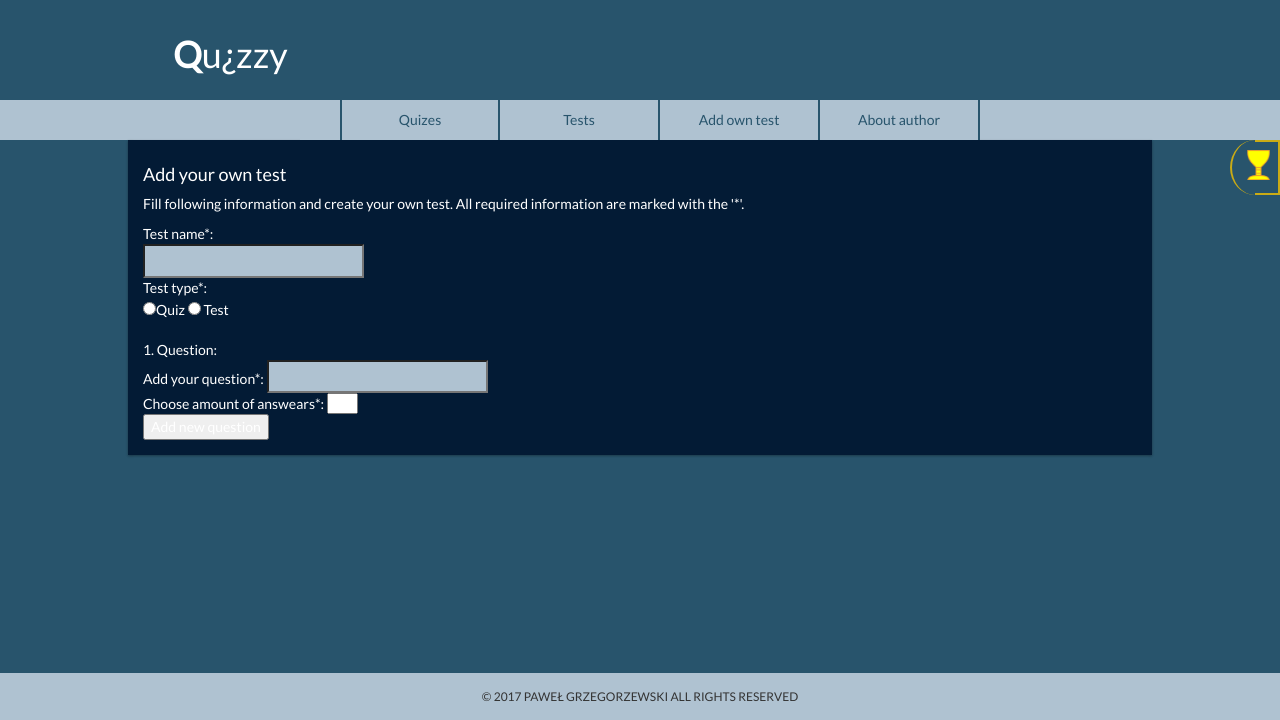
Repository: pgrzegorzewski/quiz
Page: http://localhost/app/add_test.php
The author's editor kept a copy of each file at every save. The page is drawn from the files as they stood at one save, then again after the next save.
The browser window is 1280 px wide. The pictures show the whole page.
Some web libraries are served in a nearby version. The page is run by PHP 8.4 with error messages shown; the project is at /var/www/html/.

Above is the page before, as saved 2017-09-17 17:04:29.

### htdocs/app/learningapp/app/add_test.php
<!DOCTYPE html>
<html>
<head>
	<meta name="viewport" content="width=device-width, initial-scale=1.0">
	<meta http-equiv="content-type" content="text/html; charset=utf-8">
	<meta charset="utf-8">
	<link rel="stylesheet" href="https://maxcdn.bootstrapcdn.com/bootstrap/3.3.7/css/bootstrap.min.css">
	<script src="https://ajax.googleapis.com/ajax/libs/jquery/3.1.1/jquery.min.js"></script>
	<script src="https://maxcdn.bootstrapcdn.com/bootstrap/3.3.7/js/bootstrap.min.js"></script>
	<link href="https://fonts.googleapis.com/css?family=Lato" rel="stylesheet">
	<link rel="StyleSheet" href="../css/index.css" />
	<link rel="StyleSheet" href="../css/question.css" />
	<link rel="StyleSheet" href="../css/add_test.css" />
	<link rel="StyleSheet" href="../css/side_menu_leaderboard.css" />
	<script type="text/javascript" src="../js/question.js"></script>
	<script type="text/javascript" src="../js/add_test.js"></script>
	<script type="text/javascript" src="../js/side_menu_leaderboard.js"></script>
</head>

<body>

<div class="container-fluid">

	<div class= "sidemenu_2">

	</div>
	<div class= "sidemenu">
		<p style="cursor:pointer"><img src = "../resources/img/trophy.png" height = "50px" onmouseover="openLeaderboard()"/></p> <!-- &#9776; -->
	</div>
	<div id = 'leaderboard' class = 'leaderboard' onmouseleave = "closeLeaderboard()" >
		<a href = "javascript:void(0)" class = "closebtn" onclick = "closeLeaderboard()">&times;</a>
		test 1000pts;
	</div>


	<header class ="header">
		<h1 id="title"><a href ="index.php"><b>Q</b>u¿zzy</a></h1>
	</header>

	<div class="nav">
		<ol>
			<li>
				<a href ='quiz.php'>Quizes</a>
			</li>
			<li>
				<a href ='#'>Tests</a>
				<ul>
					<li><a href="#">Personality</a></li>
					<li><a href="#">Cultural</a></li>
					<li><a href="#">Science</a></li>
					<li><a href="entertaining_test.php">Entertaining</a></li>
				</ul>
			</li>
			<li>
				<a href="#" id = "visited">Add own test</a>
			</li>
			<li>
				<a href ='#'>About author</a>
			</li>
		</ol>
	</div>

	<section class = "section">
		<div id ="welcome_div">
			<h4>Add your own test</h4>
			<div id = "add_test_container">
				<p>Fill following information and create your own test. All required information are marked with the '*'.</p>
				<form>
				  Test name*:<br>
				  <input class = "testGeneralInformation" id = "testName" type ="text" name ="test_name"><br>
				  Test type*:<br>
				  <input type ="radio" name ="testTypeChoose" value = "quiz">Quiz
				  <input type ="radio" name ="testTypeChoose" value ="test"> Test
				</form><br>
				<div id = "question_container">
					<div class = 'new_question_div'>
						<form class = "newQuestion" id = '1'>
						1. Question:<br>
						Add your question*:
						<input class = "testGeneralInformation" type = "text" name = "question"><br>
						Choose amount of answears*:
						<select id = "selectAnswears1" name="answears_amount"  onchange="addAnswears(this)">
							  <option value="2">2</option>
							  <option value="3">3</option>
							  <option value="4">4</option>
						</select>
						<div id = "question_answears_container_1"></div>
						<input class = "nextQuestionAdd" id = '1' type = "button" value = "Add new question" onclick = "addNewQuestion(this)">
						</form>
					</div>
				</div>
			</div>
		</div>

	</section>
	<div class="footer">
		© 2017 PAWEŁ GRZEGORZEWSKI ALL RIGHTS RESERVED
	</div>
</div>


<script type="text/template" id="questionTemplate">
    <br>
	<div class = 'new_question_div'>
		<form class = "newQuestion" id = "{{id}}">
		{{id}} . Question:<br>
		Add your question*:
		<input class = "testGeneralInformation" type = "text" name = "question"><br>
			Choose amount of answears*:
			<select id = 'selectAnswears{{id}}' name="answears_amount" onchange="addAnswears(this)">
				  <option value="2">2</option>
				  <option value="3">3</option>
				  <option value="4">4</option>
			</select>
			<div id = "question_answears_container_{{id}}"></div>
				<input class = "nextQuestionAdd" id = "{{id}}" type = "button" value = "Add new question" onclick = "addNewQuestion(this)">
		</form>
	</div>
</script>


<script type="text/template" id="questionAnswearsTemplate">
    <br>
	<table>
		<tr>
			<td class = 'questionAnswear{{id}} id = 'answear{{id}}A' hidden = true>A<br/><input class = "question_answear_input" type = "text" name = "answear{{id}}A"></td>
			<td class = 'questionAnswear{{id}} id = 'answear{{id}}B' hidden = true>B<br/><input class = "question_answear_input" type = "text" name = "answear{{id}}B"></td>
			<td class = 'questionAnswear{{id}} id = 'answear{{id}}C' hidden = true>C<br/><input class = "question_answear_input" type = "text" name = "answear{{id}}C"></td>
			<td class = 'questionAnswear{{id}} id = 'answear{{id}}D' hidden = true>D<br/><input class = "question_answear_input" type = "text" name = "answear{{id}}D"></td>
		</tr>
	</table>
</script>


</body>
</html>


<?php
	$answearAmount = 2;

	function setAnswearAmount($value){
		$answearAmount = $value;
	}
?>

### htdocs/app/learningapp/css/index.css

.container-fluid
{
	min-height: 100%;
	background-color:#28546C;
	width:100%;
	font-family: 'Lato', sans-serif;
	margin: 0;
	padding:0;
}

h1 > a
{
	text-decoration:none;
	color: white;
}

h1 > a:hover
{
	text-decoration:none;
	color: white;
}

h1 > a:active
{
	text-decoration:none;
	color: white;
}

img{
	padding:10px;
}

#img2{
	padding:3px;
	padding-bottom:12px;
}

html {
    font-family: "Lucida Sans", sans-serif;
    background-color:#28546C;
}

h1, h2, h3 ,h4{
	color: white;
	text-align:ceter;
}

#title{
	margin-left:30px;
}

body
{
	height:100%;
	padding-bottom:60px;
	background-color:#28546C;
	margin:0 !important;

}


.title {
	text-align:center;
}

.buttons_next_prev{
	text-align:center;
}


.header {
	width:80%;
	margin:0 auto;
    background-color: #28546C;
    color: #ffffff;
    padding: 15px;
	text-decoration: none;

}

.menu_header {
	width:80%;
    background-color: #CCCCCC;
    padding: 10px;
    color: white;
    text-align: center;
    font-size: 14px;
    box-shadow: 0 1px 3px rgba(0,0,0,0.12), 0 1px 2px rgba(0,0,0,0.24);
	width:auto;
}


.section{

	width: 80%;
	margin:0 auto;
	background-color: #031B35;
    padding: 15px;
    color: white;
    text-align: justify;
    font-size: 14px;
    box-shadow: 0 1px 3px rgba(0,0,0,0.12), 0 1px 2px rgba(0,0,0,0.24);
}

td
{
	padding-right:12px;
}


.canvas{

	 width: 500px;
	 height: 300px;
	 color: #FFFFFF;
}

.nav {
	width:100%;
	background-color:#AFC2D1;
	text-align: center;

}

.nav ol
{
	margin:0;
	background-color:#AFC2D1;
	list-style:none;
	line-height: 200%;
	display:inline-block;
	vertical-align:middle;
	height:40px;
	width:680px;
}


ol a
{
	color: #28546C;
	text-decoration:none;
	display:block;
	height:40px;
	padding:6px;
	vertical-align: middle;
	text-align: center;
	z-index:200;
}

ol > li
{
	list-style:none;
	width: 160px;
	color: #28546C;
	background-color:#AFC2D1;
	border-right:2px solid #28546C;
	float:left;
	display: table-cell;

}

ol > li:hover
{
	background-color:#CAAB15;

}

ol > li a:hover
{
	color:white;
	border: 1px solid white;
}

ol > li:hover > ul
{
	display:block;
}

ol > li:hover > a
{
	color:white;
	border: 1px solid white;
}


ol > li:first-child
{
	border-left:2px solid #28546C;
}

ol > li > ul
{
	display: none;
	position: relative;
	z-index: auto;
	list-style-type: none;
	padding:0;
	margin:0 auto;
}

ol > li > ul > li
{
	border-top: 2px solid #28546C;
	background-color: #AFC2D1;

}

ol > li > ul > li > a
{
	width: 160px;
}

ol > li > ul > li:hover
{
	background-color:#CAAB15;
}

ol > li > ul > li > a:hover
{
	color:white;
	border: 1px solid white;
}

.section a:link, a:visited {

    background-color: #CCCCCC;
	padding: 3px;
	width: 50px;
    text-decoration: none;
}


.section a:hover, a:active {
    background-color: #999999;
	color: white;
}

.answear_header
{
	height:76px;
}

.answear_img
{
	margin-left:120px;
	float: left;
	height: 50px;

}
.answear
{
 	display: table;
	float: left;
	height:50px;
}


.answear > p
{
 	display: table-cell;
	vertical-align: middle;
}


.footer {
    background-color: #AFC2D1;
    font-size: 12px;
    padding: 15px;
    bottom: 0;
    position : fixed;
    width: 100%;
    text-align:center;

}

.submenu{
	display:none;
}



@media only screen and (min-width: 768px) and (max-width: 922px) {
    .col-m-1 {width: 8.33%;}
    .col-m-2 {width: 16.66%;}
    .col-m-3 {width: 25%;}
    .col-m-4 {width: 33.33%;}
    .col-m-5 {width: 41.66%;}
    .col-m-6 {width: 50%;}
    .col-m-7 {width: 58.33%;}
    .col-m-8 {width: 66.66%;}
    .col-m-9 {width: 75%;}
    .col-m-10 {width: 83.33%;}
    .col-m-11 {width: 91.66%;}
    .col-m-12 {width: 100%;}
}

@media only screen and (min-width: 922px) and (max-width: 1200px) {
    .col-1 {width: 8.33%;}
    .col-2 {width: 16.66%;}
    .col-3 {width: 25%;}
    .col-4 {width: 33.33%;}
    .col-5 {width: 41.66%;}
    .col-6 {width: 50%;}
    .col-7 {width: 58.33%;}
    .col-8 {width: 66.66%;}
    .col-9 {width: 75%;}
    .col-10 {width: 83.33%;}
    .col-11 {width: 91.66%;}
    .col-12 {width: 100%;}
}

@media only screen and (min-width: 1200px){
    .col-1 {width: 8.33%;}
    .col-2 {width: 16.66%;}
    .col-3 {width: 25%;}
    .col-4 {width: 33.33%;}
    .col-5 {width: 41.66%;}
    .col-6 {width: 50%;}
    .col-7 {width: 58.33%;}
    .col-8 {width: 66.66%;}
    .col-9 {width: 75%;}
    .col-10 {width: 83.33%;}
    .col-11 {width: 91.66%;}
    .col-12 {width: 100%;}
}

### htdocs/app/learningapp/css/question.css
#question
{
	text-align: center;

}


#question button{
	min-width: 50px;
	text-align: center;
}

#question th{
	min-width: 50px;
	text-align: center;
}

td, th > #question{
	min-width: 90px;
	padding:10px;
	text-align: center;
}

### htdocs/app/learningapp/css/add_test.css
.testGeneralInformation
{
	color:#28546C;
	background-color:#AFC2D1;
	font-size:19px;

}

### htdocs/app/learningapp/css/side_menu_leaderboard.css
.leaderboard
{
	height:40%;
	width:0;
	position: fixed;
	z-index: 250;
	top: 140px;
	right: 0;
	border:0px solid #CAAB15;
	background-color:#AFC2D1;
	overflow-x: hidden;
	transition: 0.5s;
	padding-top: 60px;
	hidden:true;
	text-align:center;
}

.leaderboard .closebtn{
	position: absolute;
	top: 0;
	right:5px;
	font-size: 25px;
	margin-right: 0px;
}

.sidemenu
{
	height:55px;
	width:50px;
	border-radius:100%;
	border-left:2px solid #CAAB15;
	position: fixed;
	z-index: 200;
	top: 140px;
	right: 0;
	font-size:20px;
	text-align:center;
}

.sidemenu_2
{
	height:55px;
	width:25px;
	position: fixed;
	z-index: 150;
	top: 140px;
	right: 0;
	border-bottom:2px solid #CAAB15;
	border-top:2px solid #CAAB15;
	border-right:2px solid #CAAB15;
}

### htdocs/app/learningapp/js/question.js
window.addEventListener("resize", answearPositionChange);
window.addEventListener("load", answearPositionChange);

var success_alerts = ["Yeah, You are right;)", "Great, You earn a point", "Wow! Amazing", "Point for You;)"];
var failure_alerts = ["Maybe next time will be better", "Nope, not this time:(", "Unfortunately not;/", "That s not Your day;/"];



function checkAnswear(button)
{
	var image = document.createElement("img");
	image.setAttribute("height", "50px");
	image.setAttribute("width", "50px");

	if(button.id == 1){
		image.setAttribute("src", "../resources/img/correct.png");
	}
	else{
		image.setAttribute("src", "../resources/img/error.png");
	}

	blockButtons();
	document.getElementById("answear").innerText = drawAnswearAlert(button.id);
	document.getElementById("answear_img").appendChild(image);
	/*if(window.innerWidth > 765)
	{
		image.setAttribute("align", "left");
		document.getElementById("answear_img").appendChild(image);
	}
	else
		document.getElementById("answear").appendChild(image);*/
	changeClassButton(button, button.id);

}

function drawAnswearAlert(answearType)
{
	if(answearType == 1)
		return success_alerts[Math.floor(Math.random() * success_alerts.length)];
	else
		return failure_alerts[Math.floor(Math.random() * failure_alerts.length)];

}

function changeClassButton(button, id)
{
	if(id == 1)
	{
		button.classList.remove('btn-info');
		button.classList.add('btn-success');
	}
	else
	{
		button.classList.remove('btn-info');
		button.classList.add('btn-danger');
	}

}

function blockButtons()
{
	$(".btn").attr("disabled", "disabled");
}



function answearPositionChange() {
	if(window.innerWidth < 765){
		$(".answear_header").height(20);
		//$("#answear").width($(".col-sm-6").width()-100);				//
		//$("#answear").css('text-align',  'center');
		//$("#answear > img").attr('align' ,'middle');
	}
	else
	{
		$(".answear_header").height(76);
	}
}

### htdocs/app/learningapp/js/add_test.js
function addNewQuestion(button)
{
	button.hidden = true;
	var id = Number(button.id) + 1;

	var questionTemplate = $("#questionTemplate").html();

	$("#question_container").append(questionTemplate.replace(/{{id}}/g, id));
}

function addAnswears(select)
{
	select.disabled = true;

	var id = select.id.slice(-1);
	console.log(id);

	var answearContainer = '#question_answears_container_' + id;
	console.log(answearContainer);

	var questionAnswearTemplate = $("#questionAnswearsTemplate").html();
	$(answearContainer).append(questionAnswearTemplate.replace(/{{id}}/g, id));

	var activeAnswears = select.options[select.selectedIndex].value;

	showAnswears(activeAnswears, id);


}

function showAnswears(activeAnswears, id)
{
	var classString = "questionAnswear" + id;

	var answears = document.getElementsByClassName("questionAnswear" + id);

	console.log(answears.length);
	for (i = 0; i < activeAnswears; i++) {
	    answears[i].hidden = false;
	}
}

### htdocs/app/learningapp/js/side_menu_leaderboard.js
function openLeaderboard()
{
	document.getElementById("leaderboard").style.width = "250px";
	document.getElementById("leaderboard").style.border = "2px solid #CAAB15";

}

function closeLeaderboard()
{
	document.getElementById("leaderboard").style.width = "0px";
	document.getElementById("leaderboard").style.border = "0px solid #CAAB15";
}

After the next save:
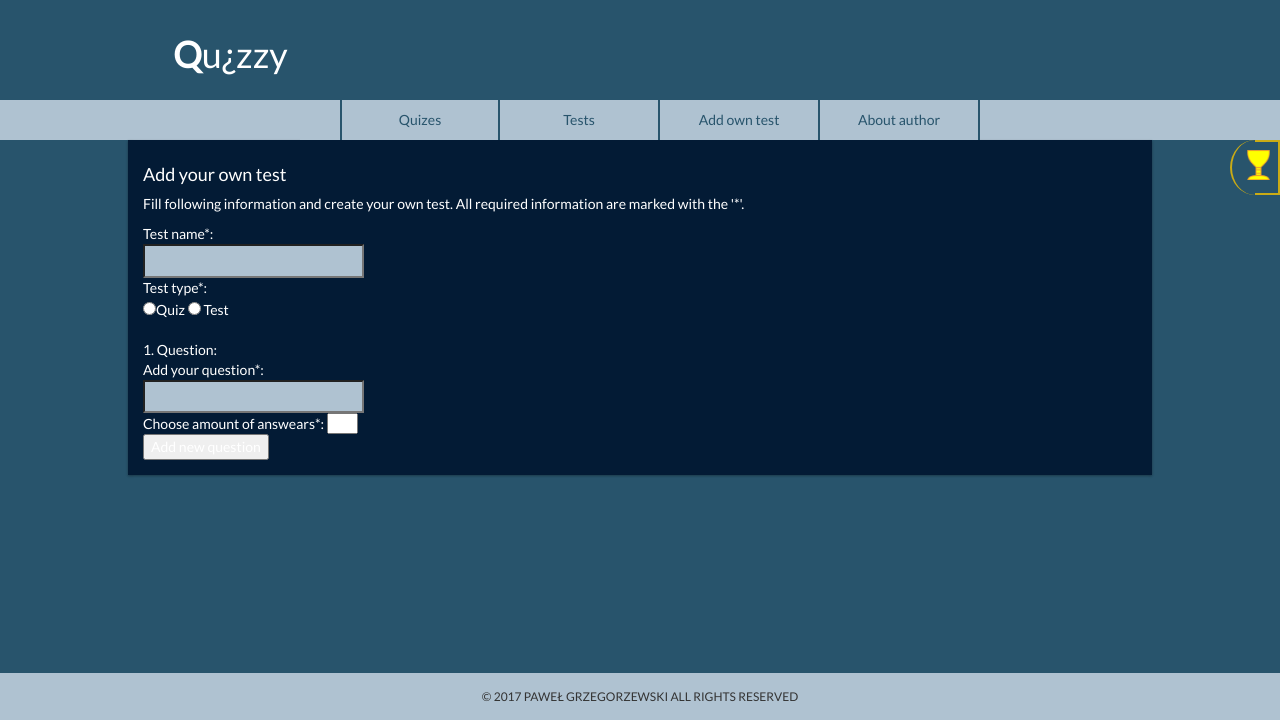
Saved 52 s later.
--- a/htdocs/app/learningapp/app/add_test.php
+++ b/htdocs/app/learningapp/app/add_test.php
@@ -76,7 +76,7 @@
 					<div class = 'new_question_div'>
 						<form class = "newQuestion" id = '1'>
 						1. Question:<br>
-						Add your question*:
+						Add your question*:<br>
 						<input class = "testGeneralInformation" type = "text" name = "question"><br>
 						Choose amount of answears*:
 						<select id = "selectAnswears1" name="answears_amount"  onchange="addAnswears(this)">
@@ -104,7 +104,7 @@
 	<div class = 'new_question_div'>
 		<form class = "newQuestion" id = "{{id}}">
 		{{id}} . Question:<br>
-		Add your question*:
+		Add your question*:<br>
 		<input class = "testGeneralInformation" type = "text" name = "question"><br>
 			Choose amount of answears*:
 			<select id = 'selectAnswears{{id}}' name="answears_amount" onchange="addAnswears(this)">
